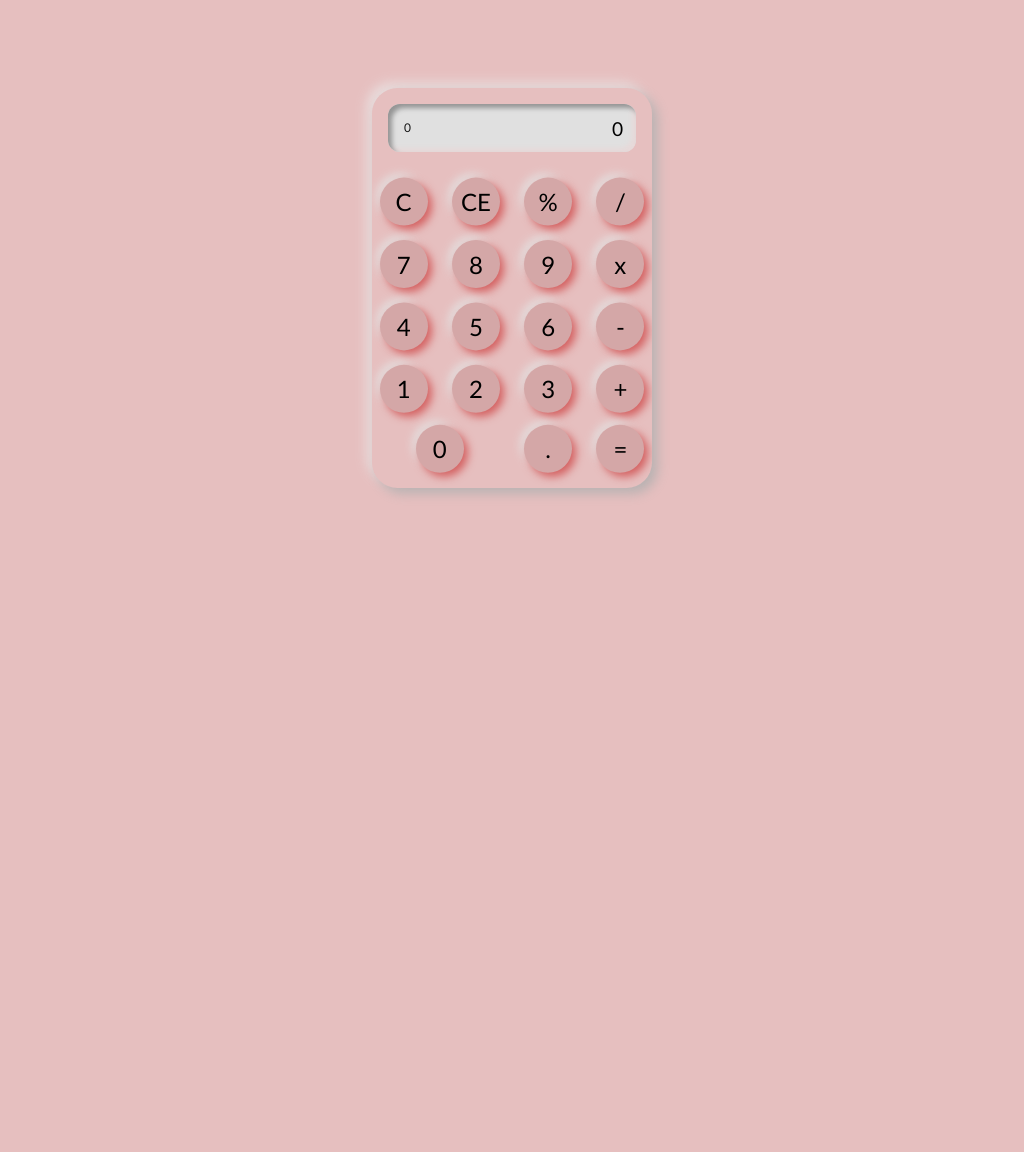
Repository: Goldmyn/Calculator
Page: index.html
An editor plug-in stored every save of this project. The page is shown before and after a run of saves, followed by the edit.
The browser window is 1280 px wide. The pictures show the whole page, at 80% of full size.

Above is the page before, as saved 2022-09-28 04:31:23.

After the next 2 saves:
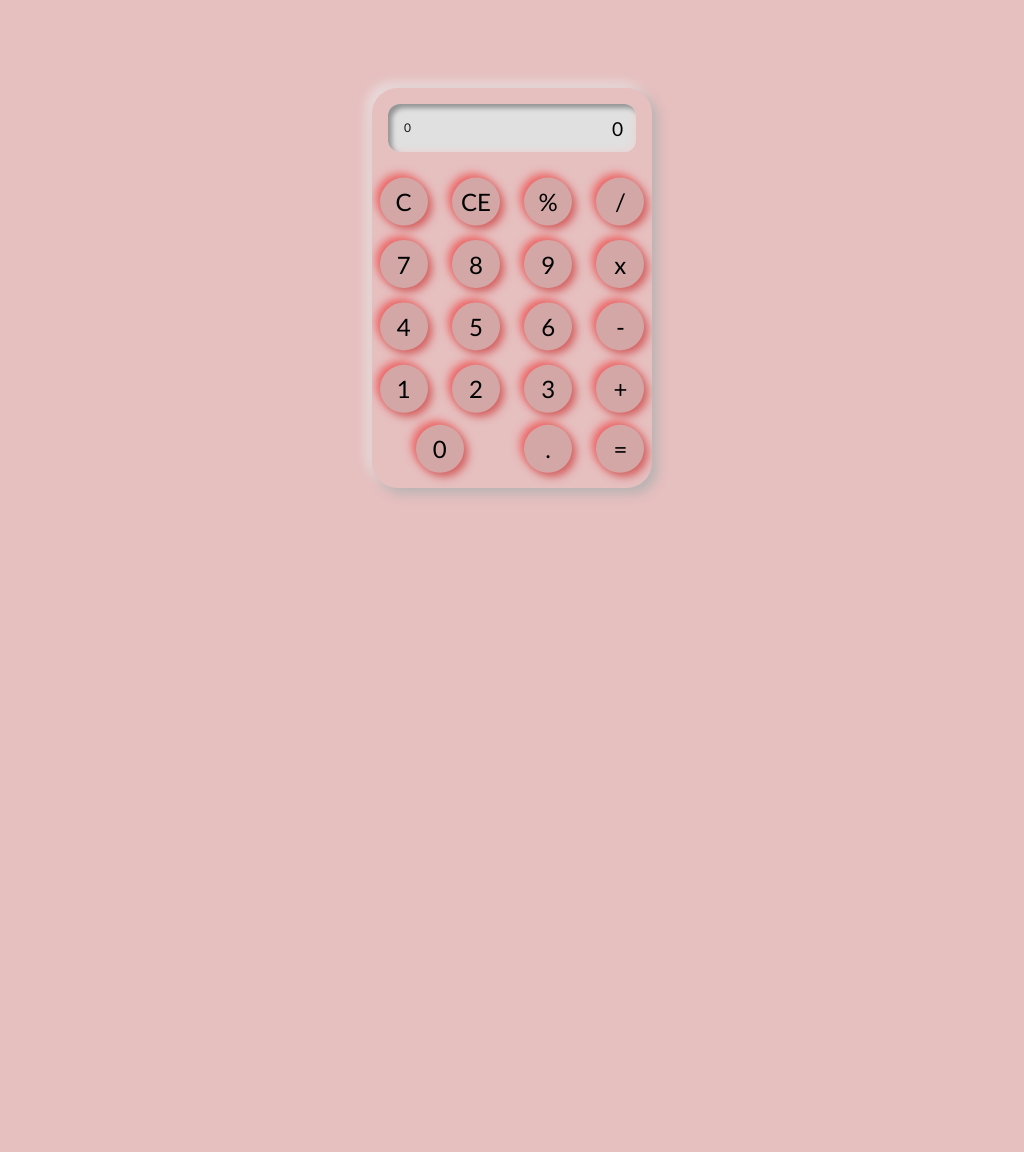
The 2 saves are shown as one change because they came seconds apart.
The last was saved 7 s later.
--- a/index.css
+++ b/index.css
@@ -81,7 +81,7 @@
     cursor: pointer;
     border-radius: 100px;
     background: #d4a7a7;
-    box-shadow: 5px 5px 11px #d45f5f, -5px -5px 11px #e4dede;
+    box-shadow: 5px 5px 11px #d45f5f, -5px -5px 11px #ee6767;
   }
   .button:hover {
     background-color: rgb(30, 43, 46);
